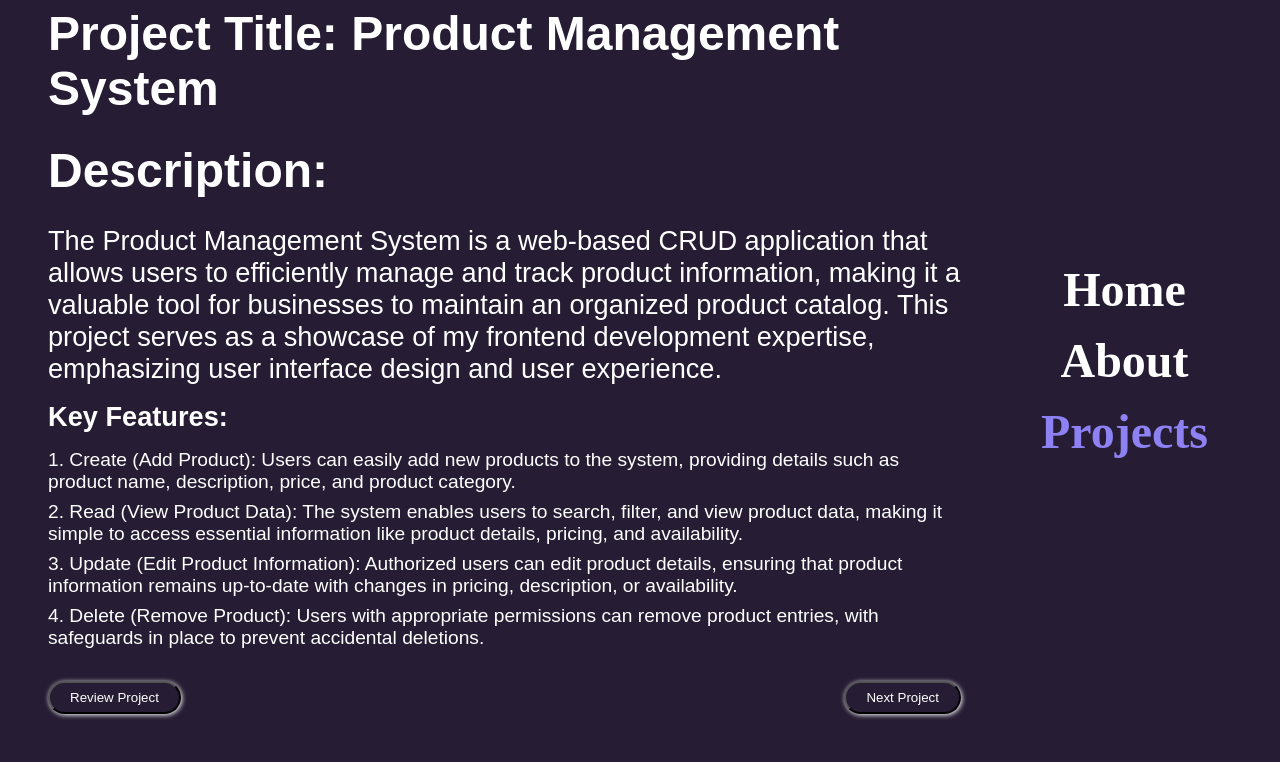
Repository: ahamdy997/portfolio
Page: /projects
The author's editor kept a copy of each file at every save. The page is drawn from the files as they stood at one save, then again after the next save.
The browser window is 1280 px wide. The pictures show the whole page.
The project was rebuilt for these pictures with package versions that can differ from the ones it lists, and the page was loaded fresh each time. Also part of the build but not shown: vue.config.js, src/components/HelloWorld.vue, src/views/HomeView.vue.

Above is the page before, as saved 2023-11-06 01:04:03.

After the next save:
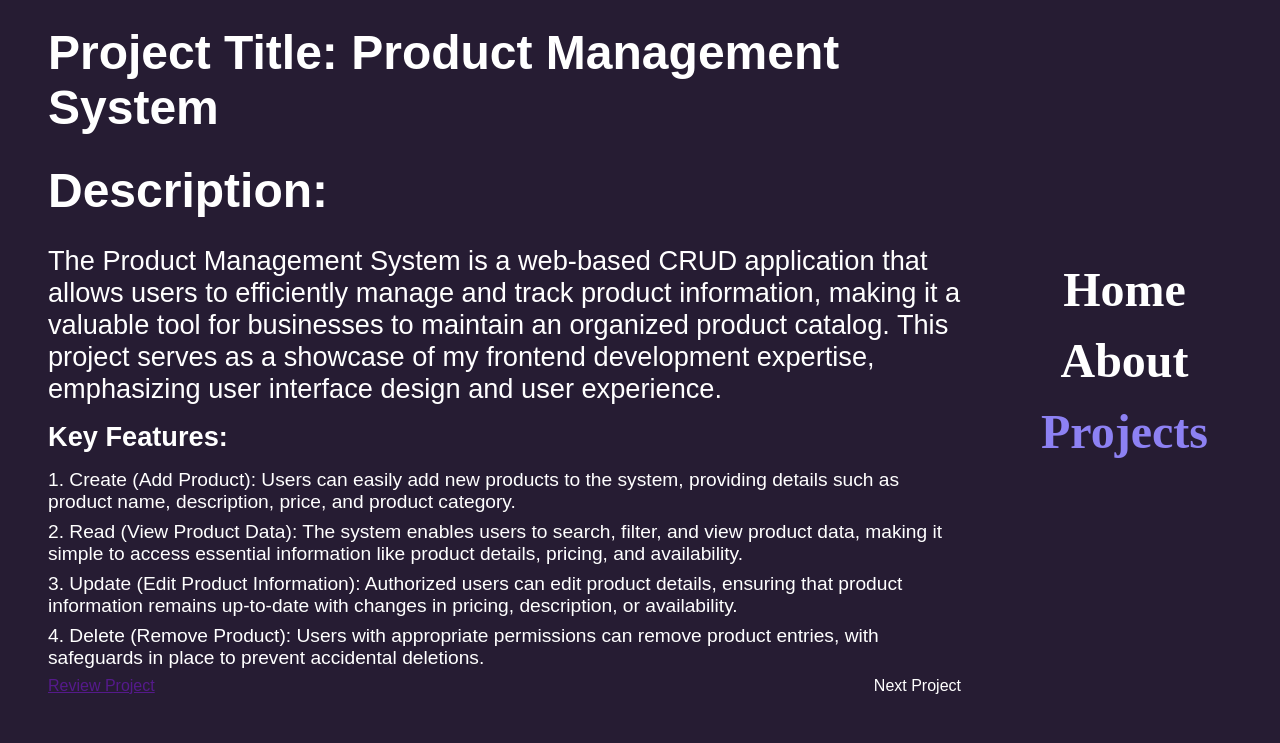
Saved 61 s later.
--- a/src/views/ProjectView.vue
+++ b/src/views/ProjectView.vue
@@ -33,8 +33,8 @@
       </li>
     </ol>
     <div class="view">
-      <button type="button">Review Project</button>
-      <button type="button">Next Project</button>
+      <a href="">Review Project</a>
+      <a type="button">Next Project</a>
     </div>
   </div>
 </template>

After the save that followed:
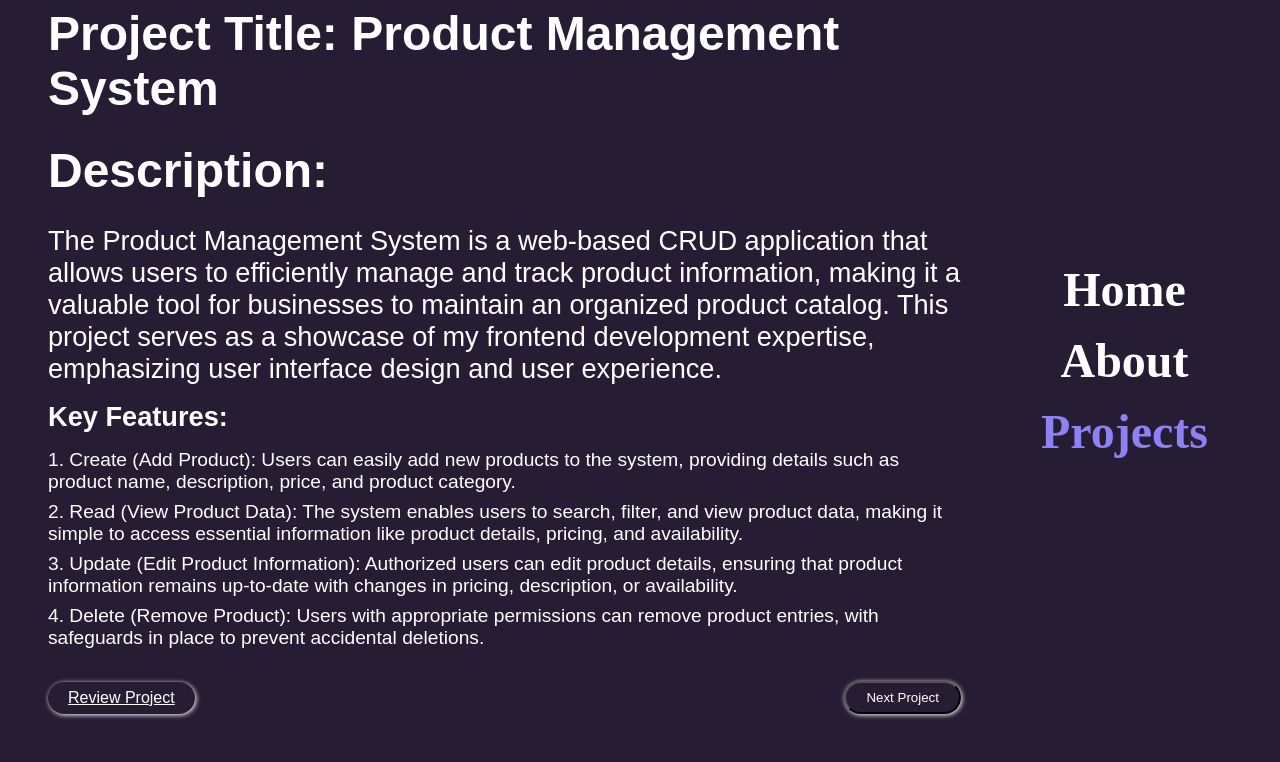
Saved 32 s later.
--- a/src/views/ProjectView.vue
+++ b/src/views/ProjectView.vue
@@ -33,8 +33,10 @@
       </li>
     </ol>
     <div class="view">
-      <a href="">Review Project</a>
-      <a type="button">Next Project</a>
+      <a href="https://ahamdy997.github.io/CRUDS-System/" target="_blank"
+        >Review Project</a
+      >
+      <button type="button">Next Project</button>
     </div>
   </div>
 </template>
@@ -69,7 +71,8 @@ li {
   justify-content: space-between;
   align-items: center;
 }
-button {
+button,
+a {
   background-color: #261c33;
   margin-top: 1.5rem;
   padding: 7px 20px;
